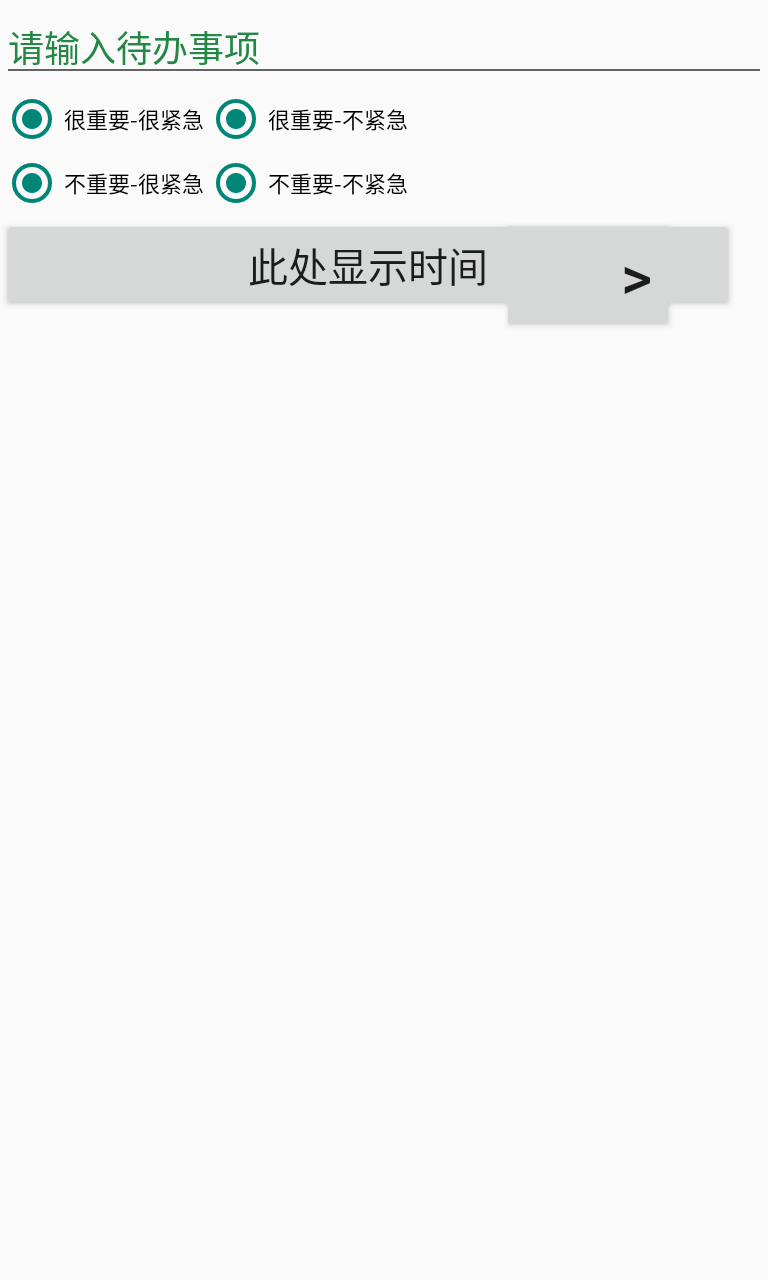
Repository: sh-zh-en/NBTodo
Layout: nbtodo/NBTodo/res/layout/addition_task_layout.xml
These files come from the project's save history. The layout is drawn as it stood at one moment and after the next save; the edit follows.
It is drawn on a 768 x 1280 px phone screen (xhdpi) without system bars, with theme AppTheme; the app's code is not run.

Above is the layout before, as saved 2015-02-12 18:03:49.

### nbtodo/NBTodo/res/layout/addition_task_layout.xml
<?xml version="1.0" encoding="utf-8"?>
<LinearLayout xmlns:android="http://schemas.android.com/apk/res/android"
    android:layout_width="match_parent"
    android:layout_height="match_parent"
    android:layout_gravity="bottom"
    android:orientation="vertical" >

    android:orientation="horizontal" >

    <EditText
	    android:id="@+id/edit_text1"
	    android:layout_width="fill_parent"
	    android:layout_height="wrap_content"
	    android:maxLength="40"
	    android:hint="@string/addition_task_layout_edittext01"
	    android:textColorHint="#238745"/>

    <RadioGroup
        android:id="@+id/radiogroup1"
        android:layout_width="wrap_content"
        android:layout_height="wrap_content"
        android:orientation="vertical"
          >
		<LinearLayout
			android:layout_width="match_parent"
			android:layout_height="match_parent"
			android:orientation="horizontal" >

		     <RadioButton
	            android:id="@+id/radiobutton1"
	            android:layout_width="wrap_content"
	            android:layout_height="wrap_content"
	            android:layout_weight="3"
	            android:gravity="center"
	            android:text="@string/addition_task_layout_radiobutton01"
	            android:textSize="11.0sp"
	            android:checked="true"
	            />

	        <RadioButton
	            android:id="@+id/radiobutton2"
	            android:layout_width="wrap_content"
	            android:layout_height="wrap_content"
	            android:layout_weight="3"
	            android:gravity="center"
	            android:text="@string/addition_task_layout_radiobutton02"
	            android:textColor="@android:color/black"
	            android:textSize="11.0sp"
	            android:checked="true"
	            />

		</LinearLayout>
 		<LinearLayout
			android:layout_width="match_parent"
			android:layout_height="match_parent"
			android:orientation="horizontal" >

 		    <RadioButton
	            android:id="@+id/radiobutton3"
	            android:layout_width="wrap_content"
	            android:layout_height="wrap_content"
	            android:layout_weight="3"
	            android:gravity="center"
	            android:text="@string/addition_task_layout_radiobutton03"
	            android:textColor="@android:color/black"
	            android:textSize="11.0sp"
	            android:checked="true"
	             />

	        <RadioButton
	            android:id="@+id/radiobutton4"
	            android:layout_width="wrap_content"
	            android:layout_height="wrap_content"
	            android:layout_weight="3"
	            android:gravity="center"
	            android:text="@string/addition_task_layout_radiobutton04"
	            android:textColor="@android:color/black"
	            android:textSize="11.0sp"
	            android:checked="true"
	           />


		</LinearLayout>


    </RadioGroup>

    <FrameLayout
        android:layout_width="match_parent"
        android:layout_height="match_parent"
        android:layout_gravity="bottom"
        android:layout_marginRight="@dimen/abc_action_bar_icon_vertical_padding_material"
        android:orientation="vertical" >

		<Button
		    android:id="@+id/showDate"
		    android:layout_width="fill_parent"
		    android:layout_height="50dp"
		    android:layout_weight="2"
		    android:text="@string/show_time"
		    android:textSize="20sp"/>
		<Button
		    android:id="@+id/setDate"
		    android:layout_width="wrap_content"
		    android:layout_height="wrap_content"
		    android:gravity="right"
		    android:layout_marginLeft="250dp"
		    android:text=">"
		    android:textSize="30sp"/>

	    </FrameLayout>

</LinearLayout>

### nbtodo/NBTodo/res/values/strings.xml
<?xml version="1.0" encoding="utf-8"?>
<resources>

    <string name="app_name">NBTodo</string>
    <string name="hello_world">Hello world!</string>
    <string name="action_settings">Settings</string>


    <string name="activity_nbtodo_main_button01">添加任务</string>


    <string name="addition_task_layout_edittext01">请输入待办事项</string>
    <string name="addition_task_layout_radiobutton01">很重要-很紧急</string>
    <string name="addition_task_layout_radiobutton02">很重要-不紧急</string>
    <string name="addition_task_layout_radiobutton03">不重要-很紧急</string>
    <string name="addition_task_layout_radiobutton04">不重要-不紧急</string>
    <string name="show_time">此处显示时间</string>




</resources>

Loaded but not shown: nbtodo/NBTodo/res/values/styles.xml (common file); nbtodo/NBTodo/res/values-v11/styles.xml (common file); nbtodo/NBTodo/res/values-v14/styles.xml (common file)

After the next save:
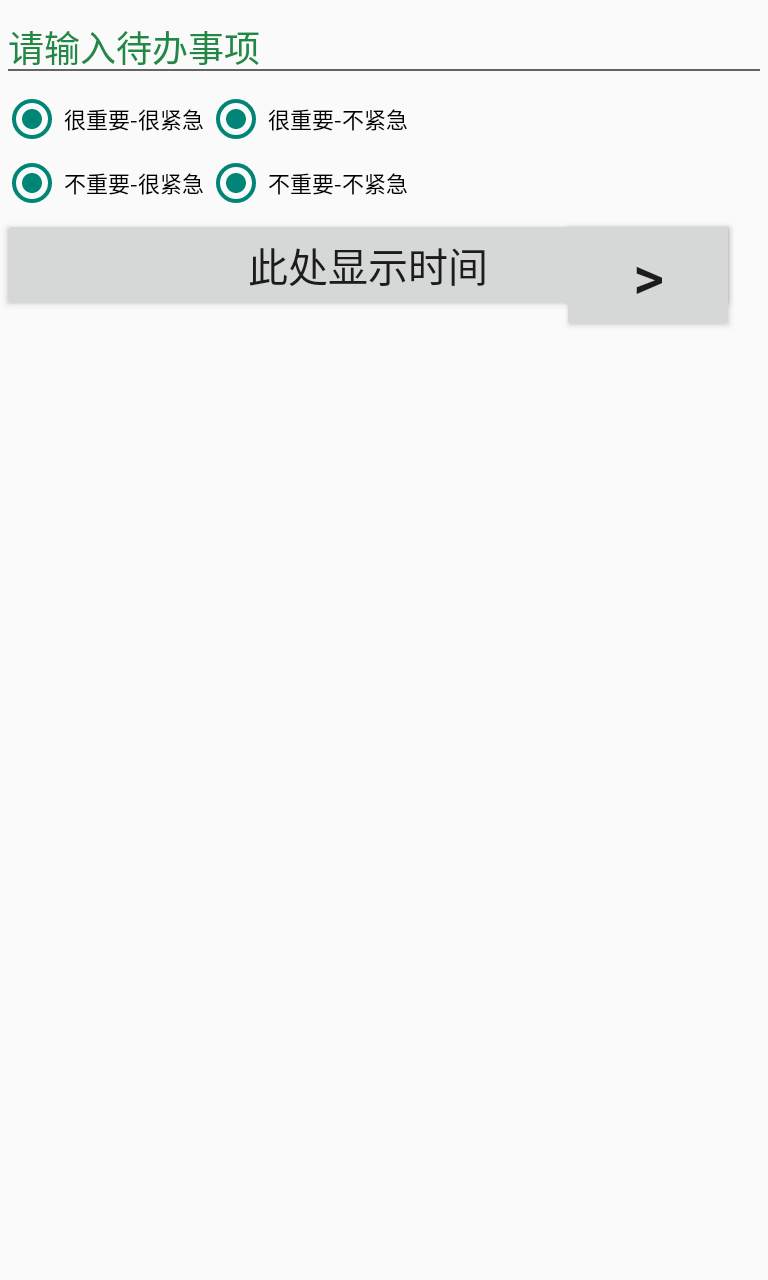
Saved 43 s later.
--- a/nbtodo/NBTodo/res/layout/addition_task_layout.xml
+++ b/nbtodo/NBTodo/res/layout/addition_task_layout.xml
@@ -103,7 +103,7 @@
 		    android:id="@+id/setDate"
 		    android:layout_width="wrap_content"
 		    android:layout_height="wrap_content"
-		    android:gravity="right"
+		    android:layout_gravity="right"
 		    android:layout_marginLeft="250dp"
 		    android:text=">"
 		    android:textSize="30sp"/>
